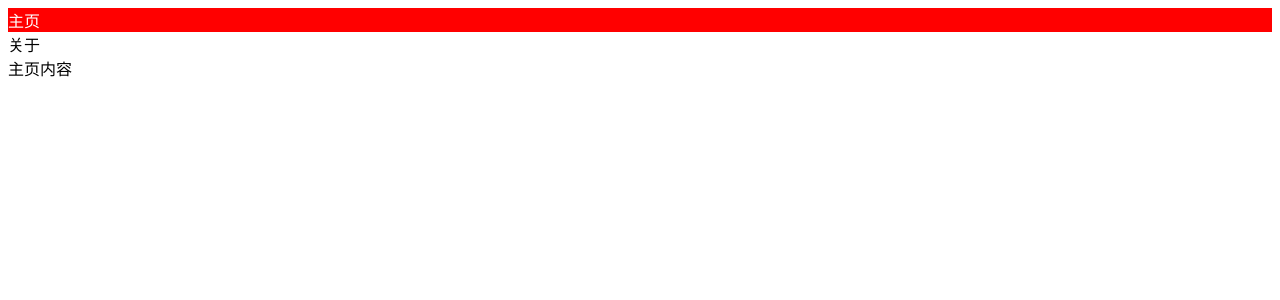
Repository: yuanritian1/5oproject50days
Page: index.html
These files come from the project's save history. The page is drawn as it stood at one moment and after the next save; the edit follows.
The browser window is 1280 px wide. The pictures show the whole page.

Above is the page before, as saved 2022-09-03 11:16:22.
Console error: ReferenceError: Vue is not defined

After the next save:
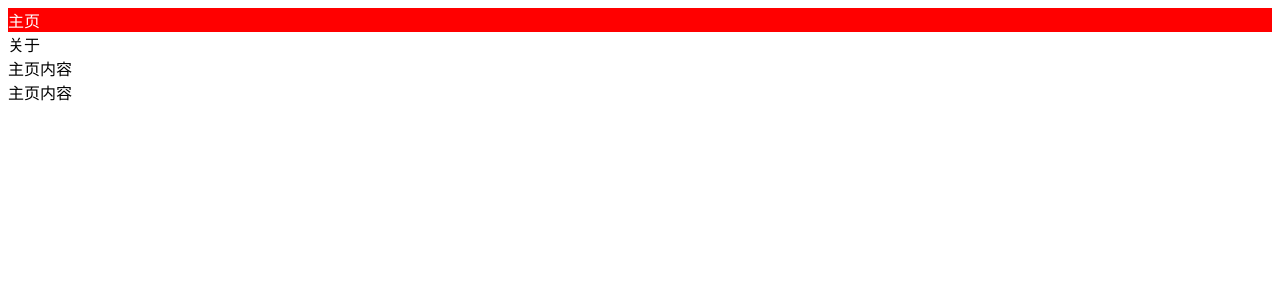
Saved 54 s later.
--- a/index.html
+++ b/index.html
@@ -27,6 +27,11 @@
                 主页内容
             </div>
         </div>
+        <div class="content-container">
+            <div class="content">
+                主页内容
+            </div>
+        </div>
     </div>
 </body>
 
